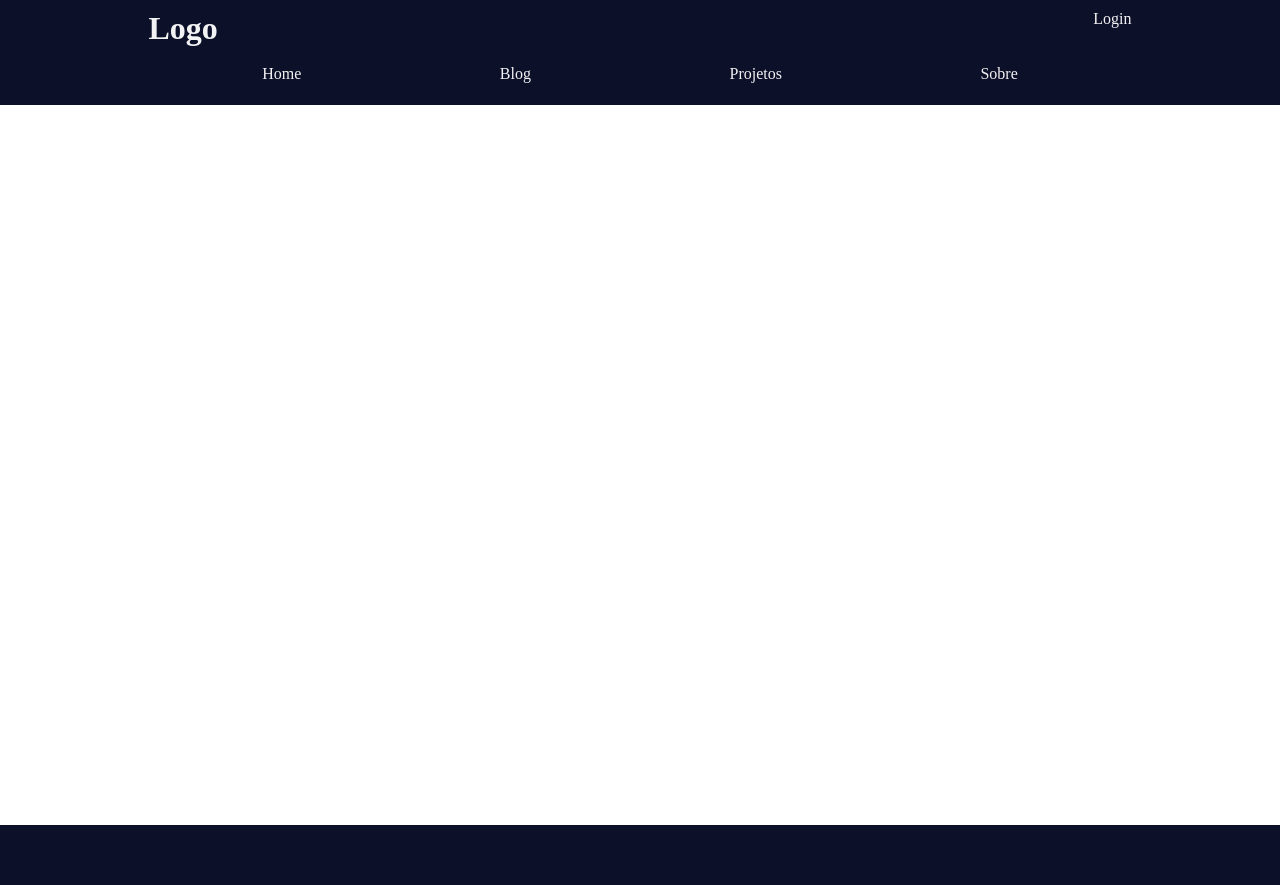
Repository: SauloMorais01/mysitefront-end
Page: index.html
An editor plug-in stored every save of this project. The page is shown before and after the next save, followed by the edit.
The browser window is 1280 px wide. The pictures show the whole page.

Above is the page before, as saved 2024-10-31 22:26:21.

### index.html
<!DOCTYPE html>
<html lang="en">
<head>
    <meta charset="UTF-8">
    <meta name="viewport" content="width=device-width, initial-scale=1.0">
    <title>Titulo - status</title>
    <link rel="stylesheet" href="./src/css/style.css">
</head>
<body>
    <header class="primary-color hd-color-white">
        <div class="container">
            <div class="top-box flex">
                <div class="logo">
                    <a class="hd-color-white" href="/"><h1>Logo</h1></a>
                </div>
                <div class="login">
                    <a class="hd-color-white" href="/">Login</a>
                </div>
            </div>
        </div>
    </header>

    <section id="menu" class="sticky-top primary-color hd-color-white">
            <div class="container center">
                <a href="/">Home</a>
                <a href="/">Blog</a>
                <a href="/">Projetos</a>
                <a href="/">Sobre</a>
            </div>
    </section>

    <main>

    </main>

    <footer class="primary-color center">

    </footer>


    <script src="./src/js/main.js"></script>
</body>
</html>

### src/css/style.css
/* Primary configs */
:root {
    /* Colors */
    /* Bases */
    --primary-color: 234, 94%, 6%,;
    --secondary-color: 184, 86%, 66%,;
    --body-color: 0, 0%, 100%,;
    --white-color: 0, 0%, 100%,;
    --black-color: 0, 0%, 0%,;
    /* End Bases */

    /* Variations colors */
    --primary-color-normal: hsla(var(--primary-color) 0.95);
    --primary-color-medium: hsla(var(--primary-color) 0.5);
    --primary-color-light: hsla(var(--primary-color) 0.250);

    --secondary-color-normal: hsla(var(--secondary-color) 0.95);
    --secondary-color-medium: hsla(var(--secondary-color) 0.5);
    --secondary-color-light: hsla(var(--secondary-color) 0.250);

    --body-color-normal: hsla(var(--body-color) 0.95);
    --body-color-medium: hsla(var(--body-color) 0.5);
    --body-color-light: hsla(var(--body-color) 0.250);

    --black-color-normal: hsla(var(--black-color) 0.95);
    --black-color-medium: hsla(var(--black-color) 0.5);
    --black-color-light: hsla(var(--black-color) 0.250);

    --white-color-normal: hsla(var(--white-color) 0.95);
    --white-color-medium: hsla(var(--white-color) 0.5);
    --white-color-light: hsla(var(--white-color) 0.250);
    /* End variations colors */
    /* End Colors */

    /* Conf Sizes */
    --container-larger-l: 80%;
    --container-larger-m: 80%;
    --container-larger-s: 80%;
    --container-tablet: 90%;
    --container-small-d: 95%;
    --grid-width: 20%;
    --grid-height: 20%;
    /* End conf Sizes */
}

/* Global */
* {
    box-sizing: border-box;
    margin: 0;
    padding: 0;
}
/* End global */

/* pagina */
body {
    background: var(--body-color-normal);
}

a {
    list-style: none;
    text-decoration: none;
}


main {
    height: 100vh;
}

footer {
    height: 60px;
}

.top-box {
    position: relative;
}

.logo {
    position: absolute;
    margin-top: 10px;
    left: 2%;
}

.login {
    position: absolute;
    margin-top: 10px;
    right: 2%;
}

/* end pagina */

/* Utils */
.flex {
    display: flex;
}

.sticky-top {
    position: sticky;
    top: 0;
}

.center {
    text-align: center;
}

.right {
    text-align: right;
}

.left {
    text-align: left;
}

.grid-temp {
    width: var(--grid-width); height: var(--grid-height);
    display: grid;
    grid-template-columns: repeat(4, 1fr);
    grid-template-rows: repeat(4, 1fr);
}

.primary-color{
    background: var(--primary-color-normal);
}

.secondary-color{
    background: var(--secondary-color-normal);
}

.hd-color-black {
    color: var(--black-color-normal);
}

.hd-color-white {
    color: var(--white-color-normal);
}

.hidden {
    display: none;
}
/* End utils */



/* Responsividade */

@media (max-width: 575.99px) {
    .container {
        margin: 0 auto;
        width: var(--container-small-d);
    }

    header {
        height: 35px;
    }

    #menu {
        height: 40px;
        display:none;
    }

    #menu a {
        color: var(--white-color-normal);
        margin: 5px 2%;
        padding: 10px 5%;
    }

    #menu a:hover {
        background-color: var(--secondary-color-light);
        border-radius: 5px;
    }
}

@media (min-width: 576px) {
    .container {
        margin: 0 auto;
        width: var(--container-small-d);
    }

    header {
        height: 35px;
    }

    #menu {
        height: 40px;
        display:none;
    }

    #menu a {
        color: var(--white-color-normal);
        margin: 5px 2%;
        padding: 10px 5%;
    }

    #menu a:hover {
        background-color: var(--secondary-color-light);
        border-radius: 5px;
    }
}

/* Medium devices (tablets, 768px and up) */
@media (min-width: 768px) {
    .container {
        margin: 0 auto;
        width: var(--container-tablet);
    }

    header {
        height: 45px;
    }

    #menu {
        height: 40px;
        display:none;
    }

    #menu a {
        color: var(--white-color-normal);
        margin: 5px 3%;
        padding: 10px 5%;
    }

    #menu a:hover {
        background-color: var(--secondary-color-light);
        border-radius: 5px;
    }
}

/* Large devices (desktops, 992px and up) */
@media (min-width: 992px) {
    .container {
        margin: 0 auto;
        width: var(--container-larger-s);
    }

    header {
        height: 55px;
    }

    #menu {
        height: 40px;
        display: block;
    }

    #menu a {
        color: var(--white-color-normal);
        margin: 5px 4%;
        padding: 10px 5%;
    }

    #menu a:hover {
        background-color: var(--secondary-color-light);
        border-radius: 5px;
    }
}

/* X-Large devices (large desktops, 1200px and up) */
@media (min-width: 1200px) {
    .container {
        margin: 0 auto;
        width: var(--container-larger-m);
    }

    header {
        height: 65px;
    }

    #menu {
        height: 40px;
        display: block;
    }

    #menu a {
        color: var(--white-color-normal);
        margin: 5px 4.5%;
        padding: 10px 5%;
    }

    #menu a:hover {
        background-color: var(--secondary-color-light);
        border-radius: 5px;
    }
}

/* XX-Large devices (larger desktops, 1400px and up) */
@media (min-width: 1400px) {
    .container {
        margin: 0 auto;
        width: var(--container-larger-l);
    }

    header {
        height: 75px;
    }

    #menu {
        height: 40px;
        display: block;
    }

    #menu a {
        color: var(--white-color-normal);
        margin: 5px 5%;
        padding: 10px 5%;
    }

    #menu a:hover {
        background-color: var(--secondary-color-light);
        border-radius: 5px;
    }
}
/* End responsividade */

Loaded but not shown: src/js/main.js (no copy from this time; the picture is the same without it)

After the next save:
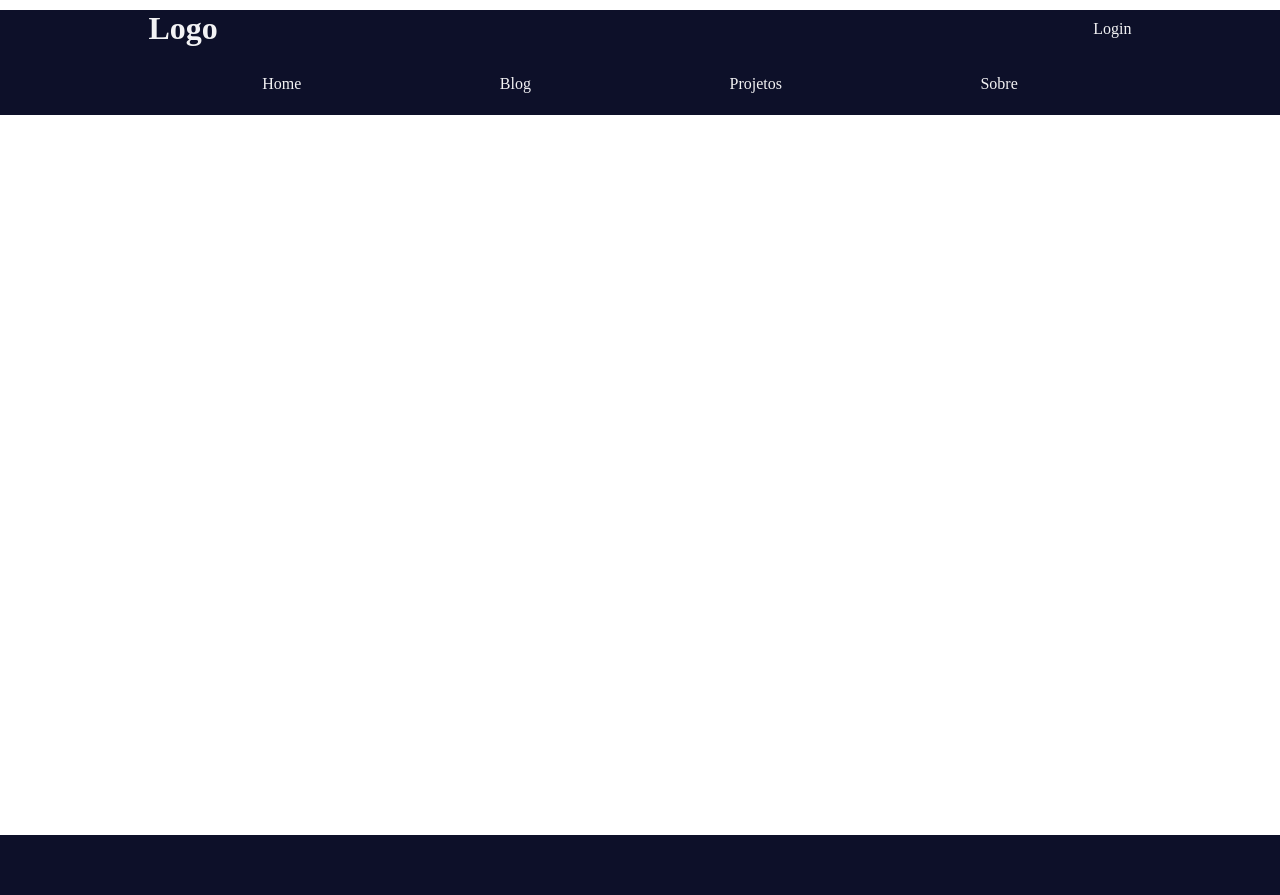
Saved 15 s later.
--- a/src/css/style.css
+++ b/src/css/style.css
@@ -72,11 +72,11 @@
 
 .top-box {
     position: relative;
+    margin-top: 10px;
 }
 
 .logo {
     position: absolute;
-    margin-top: 10px;
     left: 2%;
 }
 

After the save that followed:
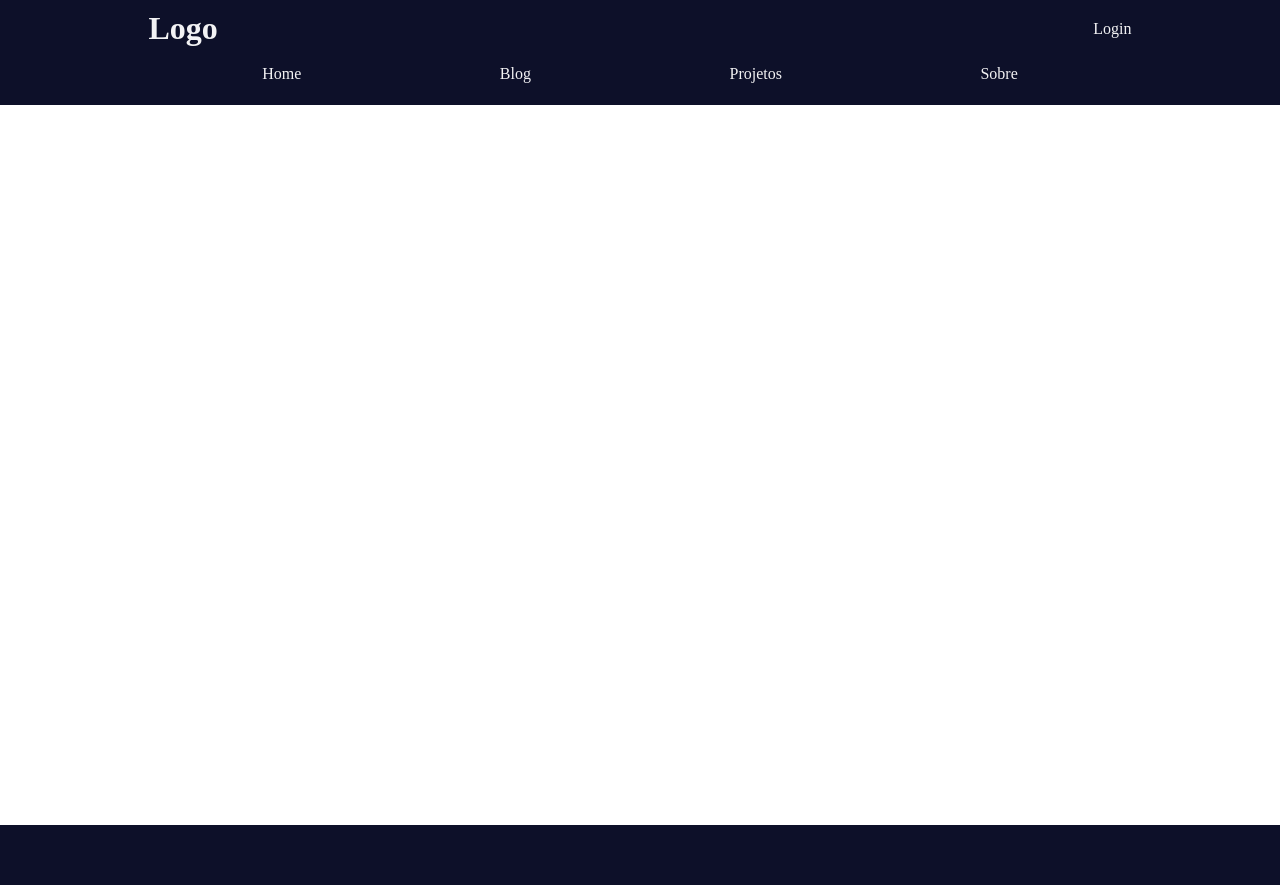
Saved 11 s later.
--- a/src/css/style.css
+++ b/src/css/style.css
@@ -72,7 +72,7 @@
 
 .top-box {
     position: relative;
-    margin-top: 10px;
+    padding-top: 10px;
 }
 
 .logo {
